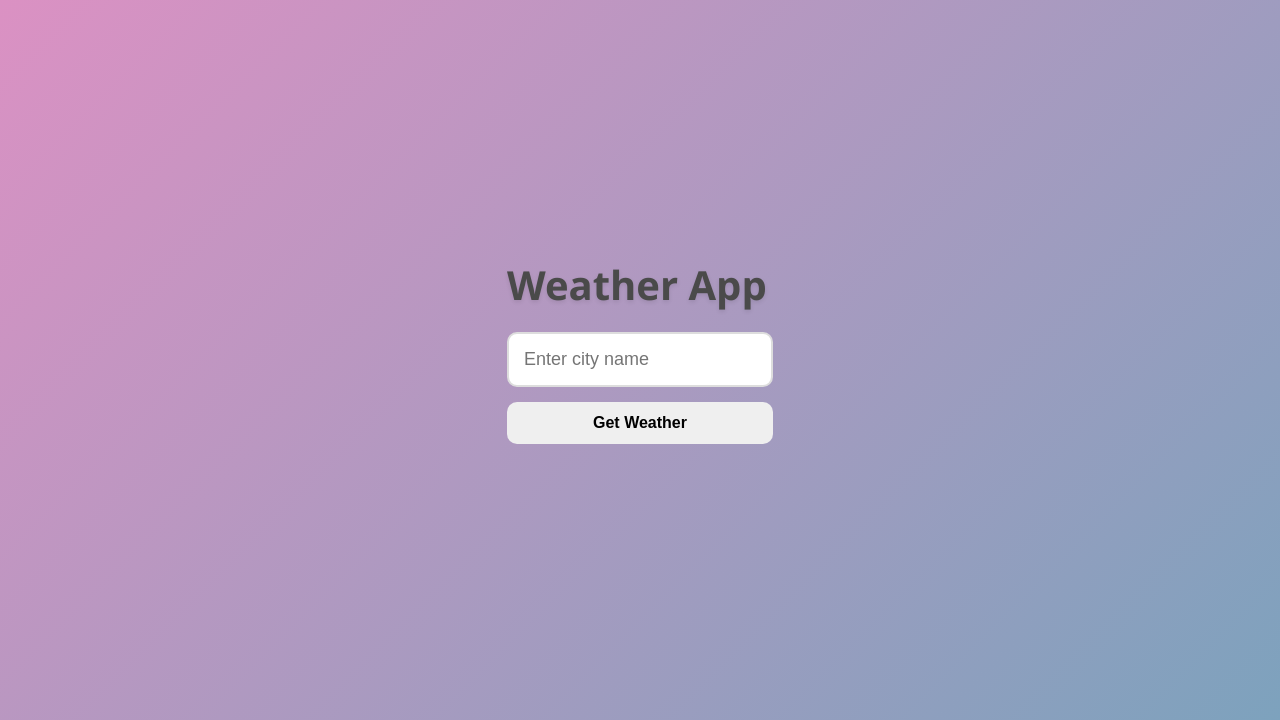
Repository: kalpna-kumari7/weather-app
Page: / (app in weather-app/)
The author's editor kept a copy of each file at every save. The page is drawn from the files as they stood at one save, then again after a run of saves.
The browser window is 1280 px wide. The pictures show the whole page.
The project was rebuilt for these pictures with package versions that can differ from the ones it lists, and the page was loaded fresh each time. Also part of the build but not shown: weather-app/src/WeatherDisplay.js.

Above is the page before, as saved 2026-01-21 16:50:59.

After the next 3 saves:
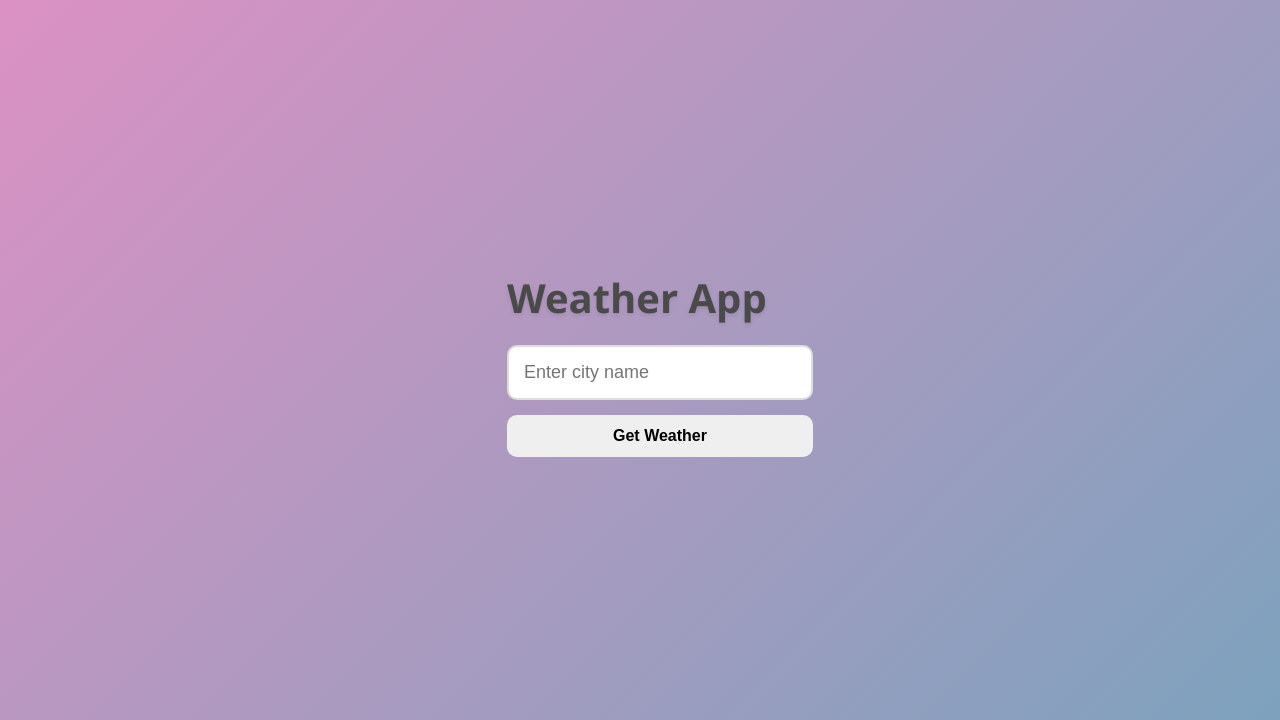
The 3 saves are shown as one change because they came seconds apart.
The last was saved 2 min 10 s later.
--- a/weather-app/src/App.css
+++ b/weather-app/src/App.css
@@ -1,4 +1,4 @@
-/* Global styles */
+Global styles
 * {
   box-sizing: border-box;
   margin: 0;
